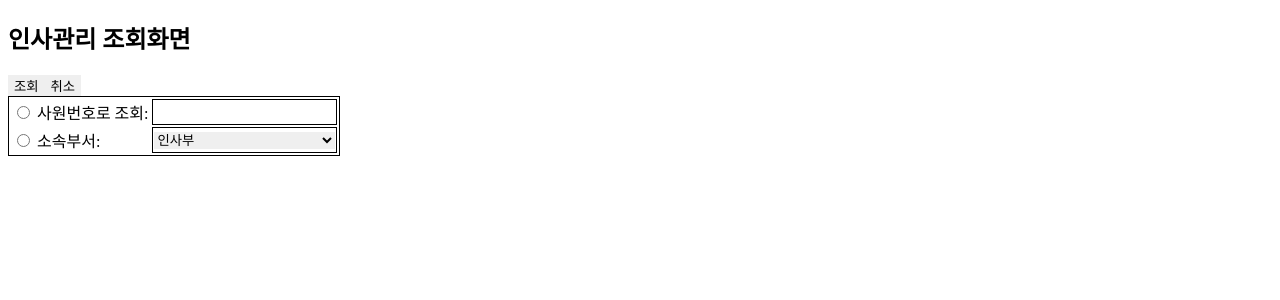
Repository: guguping/finalTestStudy
Page: http://localhost/test1/findMemberForm.jsp
An editor plug-in stored every save of this project. The page is shown before and after the next save, followed by the edit.
The browser window is 1280 px wide. The pictures show the whole page.
The page is served by Tomcat 9.

Above is the page before, as saved 2023-07-28 05:02:06.

### test1/src/main/webapp/findMemberForm.jsp
<%@ page language="java" contentType="text/html; charset=UTF-8"
    pageEncoding="UTF-8"%>
<!DOCTYPE html>
<html>
<head>
<meta charset="UTF-8">
<title>Insert title here</title>
<style>
	table, tr, th {
		border: 1px solid black;
		box-sizing: border-box;
	}
	input {
		border: none;
		outline: none;
	}
	select {
		border: none;
		outline: none;
		width: 100%;
		height: 100%;
	}
</style>
</head>
<body>
	<h2>인사관리 조회화면</h2>
	<form action="index.jsp" method="get">
		<table>
			<tr>
				<td>
				<input type="radio" id="searchType" value="id" name="searchType">
					사원번호로 조회:
				</td>
				<th>
					<input type="text" name="idValue">
				</th>
			</tr>
			<tr>
				<td>
				<input type="radio" value="dept" name="searchType">
					소속부서:
				</td>
				<th>
					<select name="deptValue">
						<option value="인사부">인사부</option>
						<option value="기획부">기획부</option>
						<option value="홍보부">홍보부</option>
						<option value="영업부">영업부</option>
						<option value="경리부">경리부</option>
					</select>
				</th>
			</tr>
			<input type="submit" value="조회">
			<input type="button" onclick="index()" value="취소">
		</table>
	</form>

</body>
<script>
	const index =()=>{
		location.href = "index.jsp";
	}
</script>
</html>

After the next save:
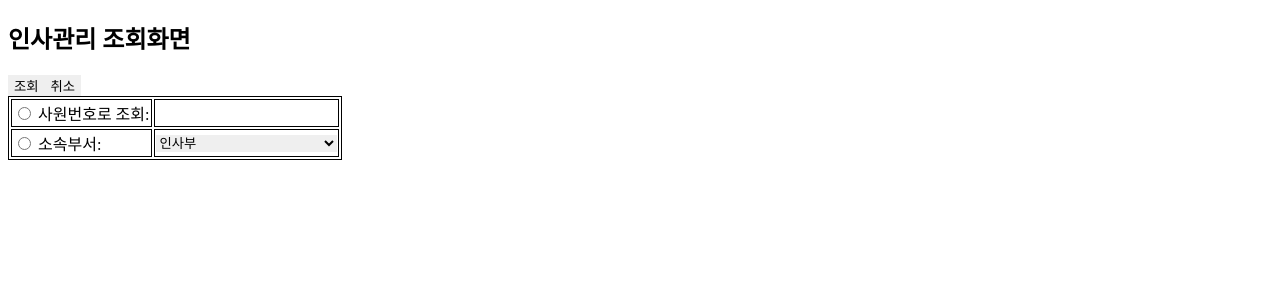
Saved 8 s later.
--- a/test1/src/main/webapp/findMemberForm.jsp
+++ b/test1/src/main/webapp/findMemberForm.jsp
@@ -6,7 +6,7 @@
 <meta charset="UTF-8">
 <title>Insert title here</title>
 <style>
-	table, tr, th {
+	table, tr, td, th {
 		border: 1px solid black;
 		box-sizing: border-box;
 	}
